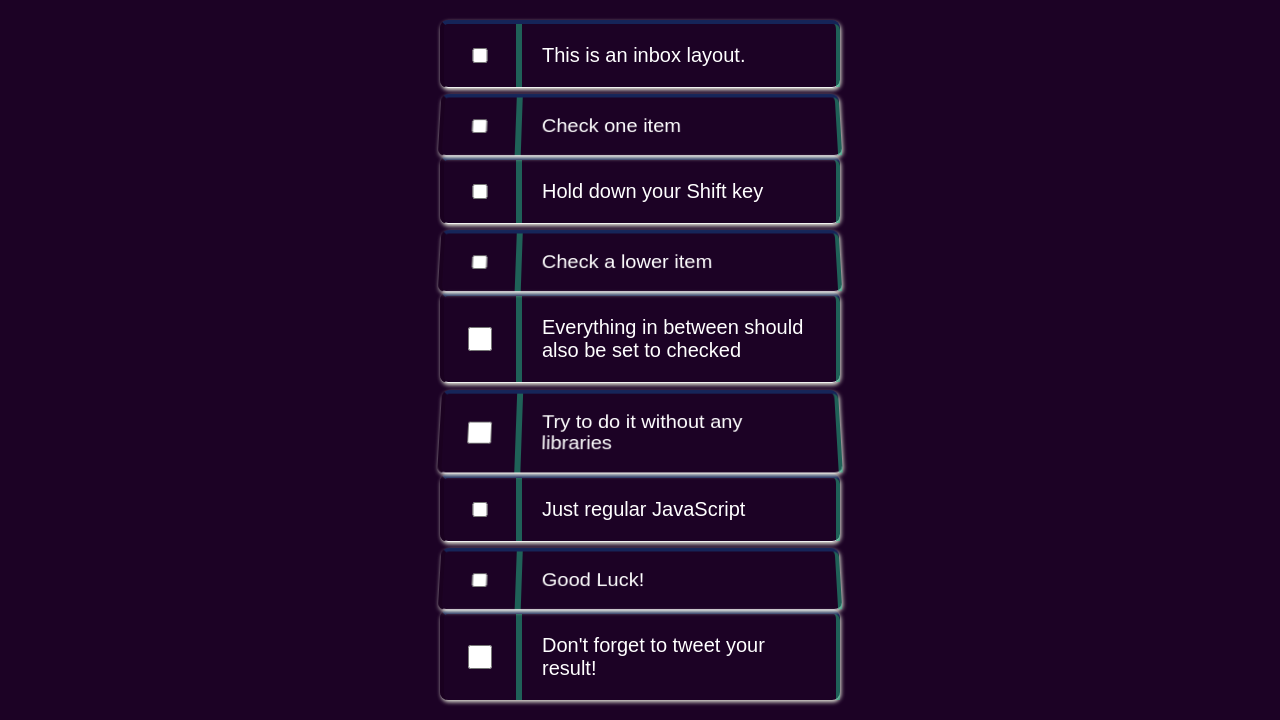
Repository: Freezler/Shift-Select-Checkboxes
Page: index.html
An editor plug-in stored every save of this project. The page is shown before and after the next save, followed by the edit.
The browser window is 1280 px wide. The pictures show the whole page.

Above is the page before, as saved 2024-09-07 23:01:05.

After the next save:
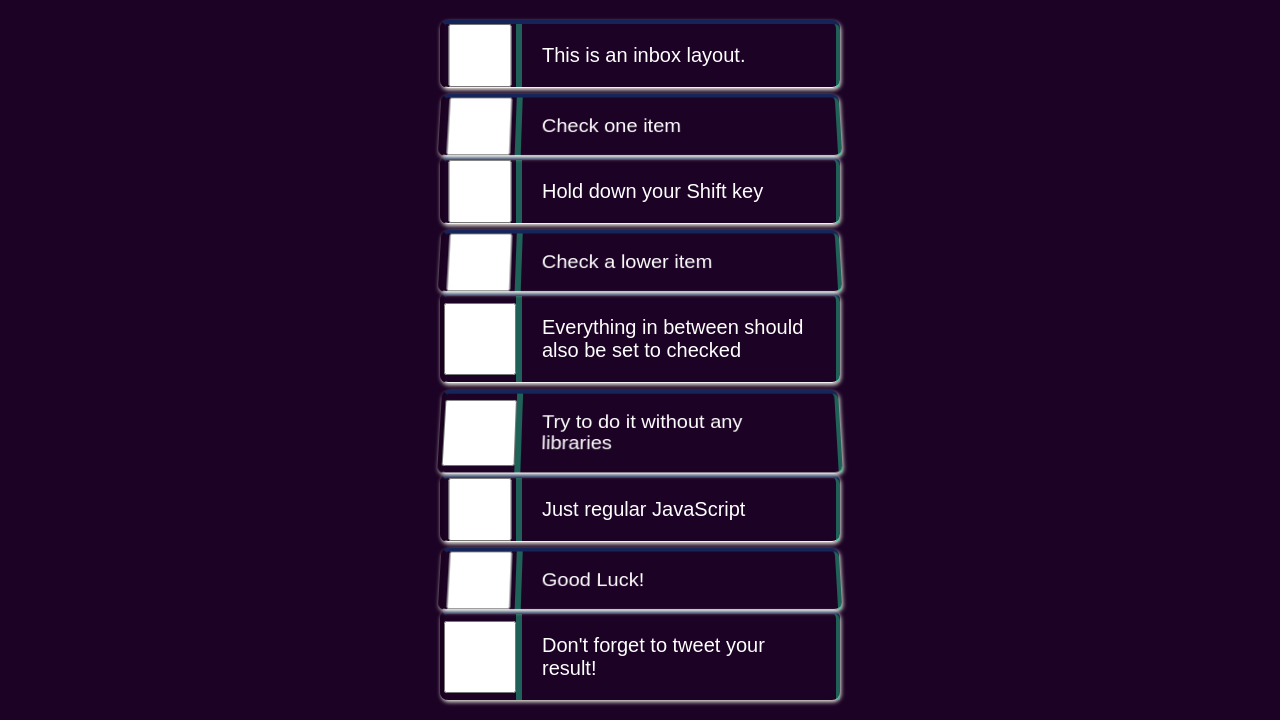
Saved 13 s later.
--- a/index.html
+++ b/index.html
@@ -54,8 +54,8 @@
 
 
     input[type="checkbox"] {
-      margin: 24px;
-      width: 24px;
+      margin: 0px;
+      width: 72px;
 
     }
 
